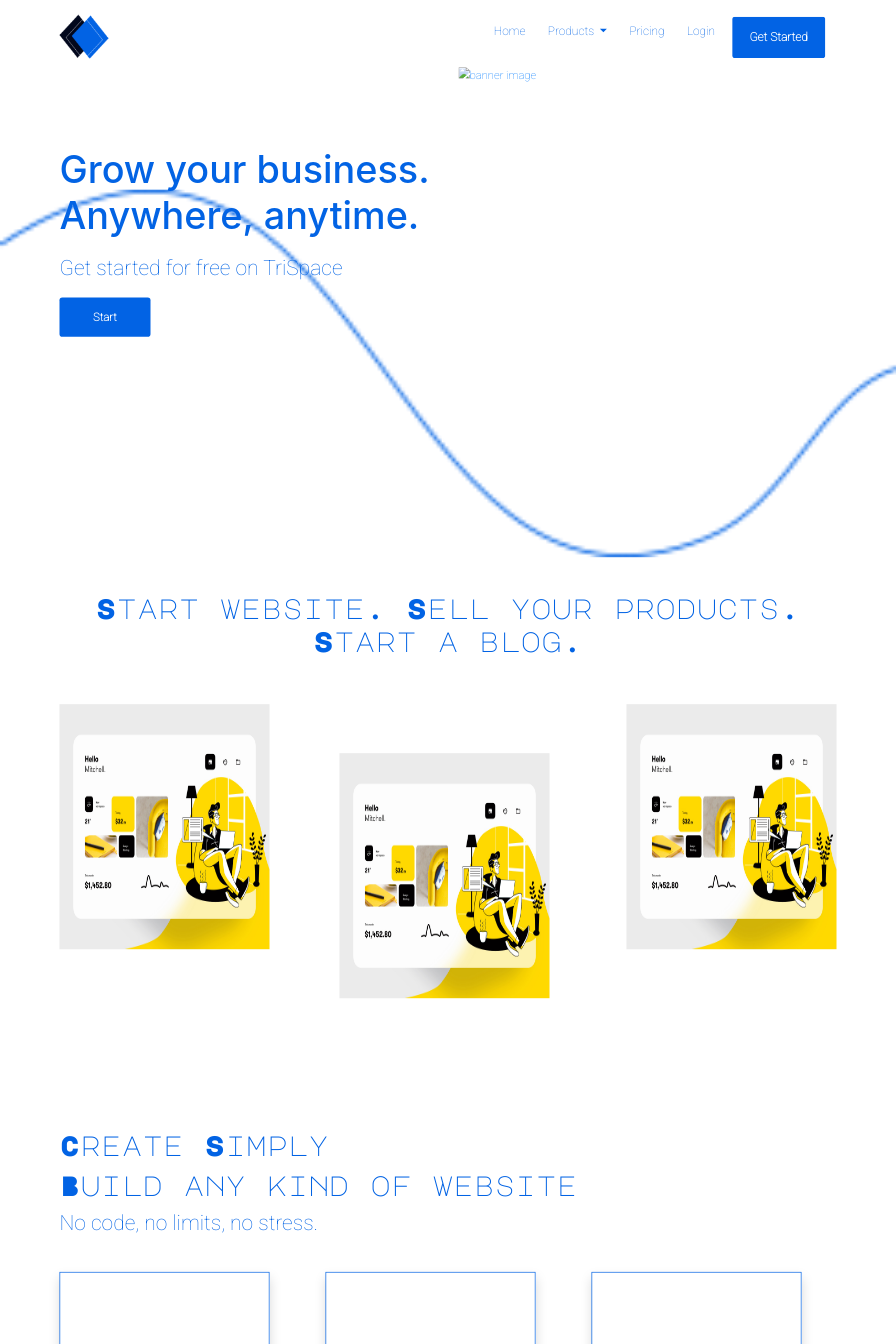
Repository: latenightsnacc/TriSpace
Page: HTML/index.html
The author's editor kept a copy of each file at every save. The page is drawn from the files as they stood at one save, then again after the next save.
The browser window is 1280 px wide. The pictures show the part of the page from y = 0 to 1920 px (the page is 5158 px tall before and 5130 px after), at 70% of full size.
The style sheet was rebuilt from its Sass, Less or Tailwind sources for each picture, by a compiler version that may differ from the author's.

Above is the page before, as saved 2020-11-12 11:27:24.

### HTML/index.html
<!DOCTYPE html>
<html lang="en">
<head>
    <meta charset="UTF-8">
    <meta name="viewport" content="width=device-width, initial-scale=1.0">
    <!--Tailwind CDN-->
    <link rel="stylesheet" href="https://cdnjs.cloudflare.com/ajax/libs/tailwindcss/1.9.6/base.min.css" integrity="sha512-hEjkvMSM0ql6VJcNK0gTmjt9ar8F2yHeBUbJKtyvQhkkbGMhiJ4+MaiB8XxsthLAHJx5vy2I9dN0un8HiWG2LA==" crossorigin="anonymous" />
    <link rel="stylesheet" href="https://cdnjs.cloudflare.com/ajax/libs/tailwindcss/1.9.6/components.min.css" integrity="sha512-TizAONqhvXjEfRPhptSUkZNVU497PzAnXNGNUoeOjeni4dHpJ+ak+ZsyoGna20LH/yg1PvdufN1VbnVQeVDftg==" crossorigin="anonymous" />
    <link rel="stylesheet" href="https://cdnjs.cloudflare.com/ajax/libs/tailwindcss/1.9.6/tailwind.css" integrity="sha512-HY1FOTeAX9idUBWDhVDrBg8QUHBisKVQ4BCVj1jFo5z76mk87w4Rr5YGP8nBkcGmoMzqYvdeXHMOg/olF45z3g==" crossorigin="anonymous" />
    <link rel="stylesheet" href="https://cdnjs.cloudflare.com/ajax/libs/tailwindcss/1.9.6/utilities.min.css" integrity="sha512-0QJfuLKyYJWGB5hKArJW67xqMLDlR8YaLM/ZuW2mRn4NRwHNsGm7UuREc5Fu7jONHyewPKnGODY0N8G+FQbfxg==" crossorigin="anonymous" />
    <!--Bootstrap CDN-->
    <link rel="stylesheet" href="https://cdn.jsdelivr.net/npm/bootstrap@4.5.3/dist/css/bootstrap.min.css" integrity="sha384-TX8t27EcRE3e/ihU7zmQxVncDAy5uIKz4rEkgIXeMed4M0jlfIDPvg6uqKI2xXr2" crossorigin="anonymous">
    <!--Custom Stylesheet-->
    <link rel="stylesheet" href="styles/stylesheet.css">
    <!--Favicon-->
    <link rel="shortcut icon" href="assets/Logo/TriSpaceIcon.png" type="image/x-icon">
    <title>Home</title>
</head>
<body class="mx-auto">
    <!--PreLoader-->
    <div class="loader_bg">
        <div class="loader"></div>
    </div>
    <!--End of PreLoader-->
    <!--Navbar-->
    <nav class="navbar navbar-expand-lg navbar-light fixed-top p-3 mb-5 bg-white rounded" id="navbar">
        <div class="container align-middle">
            <a class="navbar-brand" href="#">
                <img src="assets/Logo/TriSpaceMobileLogo1.png" alt="TriSpace Logo" height="40px" width="70px"/>
            </a>
            <button class="navbar-toggler" type="button" data-toggle="collapse" data-target="#navbarNavDropdown" aria-controls="navbarNavDropdown" aria-expanded="false" aria-label="Toggle navigation">
              <span class="navbar-toggler-icon"></span>
            </button>
            <div class="collapse navbar-collapse" id="navbarNavDropdown">
              <ul class="navbar-nav nav-menu ml-auto align-middle">
                <li class="nav-item active mr-3">
                  <a class="nav-link" href="#">Home</a>
                </li>
                <li class="nav-item dropdown mr-3">
                    <a class="nav-link dropdown-toggle" href="#" id="navbarDropdownMenuLink" role="button" data-toggle="dropdown" aria-haspopup="true" aria-expanded="false">
                      Products
                    </a>
                    <div class="dropdown-menu" aria-labelledby="navbarDropdownMenuLink">
                      <a class="dropdown-item" href="#">Blog</a>
                      <a class="dropdown-item" href="#">Website</a>
                      <a class="dropdown-item" href="#">E-commerce</a>
                      <a class="dropdown-item" href="#">Domain</a>
                      <a class="dropdown-item" href="#">Hosting</a>
                    </div>
                  </li>
                <li class="nav-item mr-3">
                  <a class="nav-link" href="#">Pricing</a>
                </li>
                <li class="nav-item mr-3">
                    <a class="nav-link" href="#">Login</a>
                </li>
                <li class="nav-item mr-3">
                    <a class="nav-link btn blue text-white px-4 py-3 hover:shadow-2xl" href="#">Get Started</a>
                </li>
              </ul>
            </div>
        </div>
    </nav>


    <!-- End of Navbar-->


    <!--Banner-->
    <section class="min-h-screen  mt-5" id="banner">
        <div class="container">
            <div class="row pt-5">
                <!--Banner Text-->
                <div class="col-xs-12 col-s-12 col-md-6 col-lg-6 col-xl-6">
                    <div class="text-box banner-txt">
                        <h1 class="">Grow your business.<br/> Anywhere, anytime.</h1>
                        <h5 class="span-title py-3 text-2l">Get started for free on TriSpace</h5>
                        <button class="blue hover:bg-blue-500 text-white font-bold py-3 px-5 rounded">Start</button>
                    </div>
                </div>
                <!--Banner Image-->
                <div class="col-xs-12 col-s-12 col-md-6 col-lg-6 col-xl-6">
                    <a href="#">
                        <img class="banner-img" src="" alt="banner image"/>
                    </a>
                </div>
            </div>
        </div>
        <!--Wave-->
        <section id="wave" class="wave"></section>
        <section></section>
    </section>

     <!--Services-->
    <section class="min-h-screen mt-5 mb-5" id="services">
        <div class="container">
            <div class="absolute-box">
                <div class="title-box text-center mb-5">
                    <h2 class="section-title pb-5">Start <span class="section-title">website. </span><span class="color">Sell your products.</span><br/><span class="color">Start a blog.</span> </h2>
                </div>
                <div class="images">
                    <div class="img-1 ">
                        <a href="#">
                            <img src="assets/Template-1.jpg" alt="Build a website" />
                        </a>
                    </div>
                    <div class="img-2 motion-reduce:animate-bounce">
                        <a href="#">
                            <img src="assets/Template-1.jpg" alt="Build a website" />
                        </a>
                    </div>
                    <div class="img-3">
                        <a href="#">
                            <img src="assets/Template-1.jpg" alt="Build a website" />
                        </a>
                    </div>
                </div>
            </div>
        </div>
    </section>
    <!--End of Services-->

    <!--Templates-->
    <section class="min-h-screen mt-5 mb-5" id="templates">
        <div class="container">
            <div class="title-box mb-5">
                <h2 class="section-title">Create Simply </h2>
                <h4 class="section-title">Build any kind of website</h4>
                <p class="span-title">No code, no limits, no stress.</p>
            </div>
            <div class="row">
                <div class="col-xs-12 col-s-12 col-md-6 col-lg-4 col-xl-4">
                    <div class="clear-box"></div>
                </div>
                <div class="col-xs-12 col-s-12 col-md-6 col-lg-4 col-xl-4">
                    <div class="clear-box"></div>
                </div>
                <div class="col-xs-12 col-s-12 col-md-6 col-lg-4 col-xl-4">
                    <div class="clear-box"></div>
                </div>
                <div class="col-xs-12 col-s-12 col-md-6 col-lg-4 col-xl-4 mt-5">
                    <div class="clear-box"></div>
                </div>
                <div class="col-xs-12 col-s-12 col-md-6 col-lg-4 col-xl-4 mt-5">
                    <div class="clear-box"></div>
                </div>
                <div class="col-xs-12 col-s-12 col-md-6 col-lg-4 col-xl-4 mt-5">
                    <div class="clear-box"></div>
                </div>
            </div>
        </div>
    </section>
    <!--End of Themes-->

    <!--Themes-->
    <section class="min-h-screen mt-5 mb-5" id="themes">
        <div class="container">
            <div class="title-box">
                <h2 class="section-title">Stand Out <span class="text-4xl span-title">with our responsive professionally designed themes.</h2>
            </div>
            <div class="row">
                <div class="col-xs-12 col-s-12 col-md-6 col-lg-6 col-xl-6">
                    <div id="clr1" class="text-center mt-5">
                    </div>
                </div>
                <div class="col-xs-12 col-s-12 col-md-6 col-lg-6 col-xl-6">
                    <div class="row flex-wrap">
                        <div class="col-xs-12 col-s-12 col-md-12 col-lg-12 col-xl-12">
                            <div id="clr2" class="mt-5">

                            </div>
                        </div>
                        <div class="col-xs-12 col-s-12 col-md-12 col-lg-12 col-xl-12">
                            <div id="clr3">

                            </div>
                        </div>
                    </div>
                </div>
            </div>
        </div>
    </section>
    <!--End of Themes-->

    <section class="min-h-screen mt-5 mb-5" id="services">
        <div class="container">
            <div class="title-box mb-5">
                <h2 class="section-title">We've got you covered.</h2>
                <p>Your website is just the beginning.</p>
            </div>
            <div class="row">
                <div class="col-xs-12 col-s-12 col-md-6 col-lg-6 col-xl-6 bg-blue-500">
                    <div class="clear-box mt-5 mb-5">
                        <h3 class="text-center pt-5">Real support from real people.</h3>
                    </div>
                </div>
                <div class="col-xs-12 col-s-12 col-md-6 col-lg-6 col-xl-6 bg-yellow-500">
                    <div class="clear-box mt-5 mb-5">
                        <h3 class="text-center pt-5">Domain to suit your needs.</h3>
                    </div>
                </div>
                <div class="col-xs-12 col-s-12 col-md-6 col-lg-6 col-xl-6 bg-red-500">
                    <div class="clear-box mt-5 mb-5">
                        <h3 class="text-center pt-5">Plans for everyone</h3>
                    </div>
                </div>
                <div class="col-xs-12 col-s-12 col-md-6 col-lg-6 col-xl-6 bg-blue-300">
                    <div class="clear-box mt-5 mb-5">
                        <h3 class="text-center pt-5">Security Security Security</h3>
                    </div>
                </div>
            </div>
        </div>
    </section>
    <section class="min-h-screen mb-5 " id="pricing">
        <div class="container">
            <div class="title-box mb-5">
                <h2 class="section-title">Start Free </h2>
                <h5> Grow at your own pace.</h5>
            </div>
            <div class="row">
                <div class="col-xs-12 col-s-12 col-md-3 col-lg-3 col-xl-3">
                    <div class="max-w-sm rounded overflow-hidden shadow-lg mb-5 border-2 border-blue-400 price-card">
                        <div class="px-6 py-4">
                          <div class="font-bold text-xl mb-2">Free</div>
                          <p class="text-gray-700 text-base">
                            Lorem ipsum dolor sit amet, consectetur adipisicing elit. Voluptatibus quia, nulla! Maiores et perferendis eaque, exercitationem praesentium nihil.
                          </p>
                        </div>
                        <div class="px-6 pt-4 pb-2">
                          <span class="inline-block bg-gray-200 rounded-full px-3 py-1 text-sm font-semibold text-gray-700 mr-2 mb-2">#photography</span>
                          <span class="inline-block bg-gray-200 rounded-full px-3 py-1 text-sm font-semibold text-gray-700 mr-2 mb-2">#travel</span>
                          <span class="inline-block bg-gray-200 rounded-full px-3 py-1 text-sm font-semibold text-gray-700 mr-2 mb-2">#winter</span>
                        </div>
                      </div>
                </div>
                <div class="col-xs-12 col-s-12 col-md-3 col-lg-3 col-xl-3">
                    <div class="max-w-sm rounded overflow-hidden shadow-md mb-5 border-2 border-blue-400 price-card transition ease-out duration-700 ...">
                        <div class="px-6 py-4">
                          <div class="font-bold text-xl mb-2">The Coldest Sunset</div>
                          <p class="text-gray-700 text-base">
                            Lorem ipsum dolor sit amet, consectetur adipisicing elit. Voluptatibus quia, nulla! Maiores et perferendis eaque, exercitationem praesentium nihil.
                          </p>
                        </div>
                        <div class="px-6 pt-4 pb-2">
                          <span class="inline-block bg-gray-200 rounded-full px-3 py-1 text-sm font-semibold text-gray-700 mr-2 mb-2">#photography</span>
                          <span class="inline-block bg-gray-200 rounded-full px-3 py-1 text-sm font-semibold text-gray-700 mr-2 mb-2">#travel</span>
                          <span class="inline-block bg-gray-200 rounded-full px-3 py-1 text-sm font-semibold text-gray-700 mr-2 mb-2">#winter</span>
                        </div>
                      </div>
                </div>
                <div class="col-xs-12 col-s-12 col-md-3 col-lg-3 col-xl-3">
                    <div class="max-w-sm rounded overflow-hidden shadow-md mb-5 border-2 border-blue-400 price-card" >
                        <div class="px-6 py-4">
                          <div class="font-bold text-xl mb-2">The Coldest Sunset</div>
                          <p class="text-gray-700 text-base">
                            Lorem ipsum dolor sit amet, consectetur adipisicing elit. Voluptatibus quia, nulla! Maiores et perferendis eaque, exercitationem praesentium nihil.
                          </p>
                        </div>
                        <div class="px-6 pt-4 pb-2">
                          <span class="inline-block bg-gray-200 rounded-full px-3 py-1 text-sm font-semibold text-gray-700 mr-2 mb-2">#photography</span>
                          <span class="inline-block bg-gray-200 rounded-full px-3 py-1 text-sm font-semibold text-gray-700 mr-2 mb-2">#travel</span>
                          <span class="inline-block bg-gray-200 rounded-full px-3 py-1 text-sm font-semibold text-gray-700 mr-2 mb-2">#winter</span>
                        </div>
                      </div>
                </div>
                <div class="col-xs-12 col-s-12 col-md-3 col-lg-3 col-xl-3">
                    <div class="max-w-sm rounded overflow-hidden shadow-md price-card">
                        <div class="px-6 py-4">
                          <div class="font-bold text-xl mb-2">The Coldest Sunset</div>
                          <p class="text-gray-700 text-base">
                            Lorem ipsum dolor sit amet, consectetur adipisicing elit. Voluptatibus quia, nulla! Maiores et perferendis eaque, exercitationem praesentium nihil.
                          </p>
                        </div>
                        <div class="px-6 pt-4 pb-2">
                          <span class="inline-block bg-gray-200 rounded-full px-3 py-1 text-sm font-semibold text-gray-700 mr-2 mb-2">#photography</span>
                          <span class="inline-block bg-gray-200 rounded-full px-3 py-1 text-sm font-semibold text-gray-700 mr-2 mb-2">#travel</span>
                          <span class="inline-block bg-gray-200 rounded-full px-3 py-1 text-sm font-semibold text-gray-700 mr-2 mb-2">#winter</span>
                        </div>
                      </div>
                </div>
            </div>
        </div>
    </section>
    <!--SVG BACKGROUND-->
    <svg id="curve" data-name=" Layer 1" xmlns="https://www.w3.org/2000/svg" viewBox= "0 0 1416.99 174.01">
        <defs>
            <style>
                .cls-1{fill: #0263e4;}
            </style>
        </defs>
        <title>Wavy Background</title>
        <path class="cls-1" d="M0,280.8S283.66,59,608.94,163.56s437.93,150.57,808,10.34V309.54H0V280.8Z" transform="translate(0 -135.53)"/>
    </svg>
    <!--End of SVG-->
    <!--Footer-->

        <div class="footer wavy">
            <div class="container">
                <div class="row mx-auto">
                    <div class="col-xs-6 col-s-6 col-md-3 col-lg-3 col-xl-3">
                        <ul class="footer-menu">
                            <li>
                                <a href="#" class="text-white footer-link">Lorem</a>
                            </li>
                            <li>
                                <a href="#" class="text-white footer-link">Lorem</a>
                            </li>
                            <li>
                                <a href="#" class="text-white footer-link">Lorem</a>
                            </li>
                            <li>
                                <a href="#" class="text-white footer-link">Lorem</a>
                            </li>
                        </ul>
                    </div>
                    <div class="col-xs-6 col-s-6 col-md-3 col-lg-3 col-xl-3">
                        <ul class="footer-menu">
                            <li>
                                <a href="#" class="text-white footer-link">Lorem</a>
                            </li>
                            <li>
                                <a href="#" class="text-white footer-link">Lorem</a>
                            </li>
                            <li>
                                <a href="#" class="text-white footer-link">Lorem</a>
                            </li>
                            <li>
                                <a href="#" class="text-white footer-link">Lorem</a>
                            </li>
                        </ul>
                    </div>
                    <div class="col-xs-6 col-s-6 col-md-3 col-lg-3 col-xl-3">
                        <ul class="footer-menu">
                            <li>
                                <a href="#" class="text-white footer-link">Lorem</a>
                            </li>
                            <li>
                                <a href="#" class="text-white footer-link">Lorem</a>
                            </li>
                            <li>
                                <a href="#" class="text-white footer-link">Lorem</a>
                            </li>
                            <li>
                                <a href="#" class="text-white footer-link">Lorem</a>
                            </li>
                        </ul>
                    </div>
                    <div class="col-xs-6 col-s-6 col-md-3 col-lg-3 col-xl-3">
                        <ul class="footer-menu">
                            <li>
                                <a href="#" class="text-white footer-link">Lorem</a>
                            </li>
                            <li>
                                <a href="#" class="text-white footer-link">Lorem</a>
                            </li>
                            <li>
                                <a href="#" class="text-white footer-link">Lorem</a>
                            </li>
                            <li>
                                <a href="#" class="text-white footer-link">Lorem</a>
                            </li>
                        </ul>
                    </div>
                </div>
                <p class="text-center text-white py-3">&copy; TriSpace. Powered by TriSpace</p>
            </div>
        </div>



    <!--Bootstrap Scripts-->
    <script src="https://code.jquery.com/jquery-3.5.1.slim.min.js" integrity="sha384-DfXdz2htPH0lsSSs5nCTpuj/zy4C+OGpamoFVy38MVBnE+IbbVYUew+OrCXaRkfj" crossorigin="anonymous"></script>
    <script src="https://cdn.jsdelivr.net/npm/popper.js@1.16.1/dist/umd/popper.min.js" integrity="sha384-9/reFTGAW83EW2RDu2S0VKaIzap3H66lZH81PoYlFhbGU+6BZp6G7niu735Sk7lN" crossorigin="anonymous"></script>
    <script src="https://cdn.jsdelivr.net/npm/bootstrap@4.5.3/dist/js/bootstrap.min.js" integrity="sha384-w1Q4orYjBQndcko6MimVbzY0tgp4pWB4lZ7lr30WKz0vr/aWKhXdBNmNb5D92v7s" crossorigin="anonymous"></script>
    <script src="js/main.js"></script>
    <script>
        setTimeout(function(){
            $('.loader_bg').fadeToggle();
        }, 2500);
    </script>
</body>
</html>

### HTML/styles/stylesheet.scss
@import'variables';

*{
    box-sizing: border-box;
    margin: 0;
    padding: 0;
    text-decoration: none;
    list-style: none;
    font-family: $font3;
    button {
        outline: none;
    }
    a {
        text-decoration: none;
        &:hover {
            text-decoration: none;
        }
    }

    button {
        font-family: $font3;
    }
}

.navbar-light .navbar-nav .active>.nav-link, .navbar-light .navbar-nav .nav-link.active, .navbar-light .navbar-nav .nav-link.show, .navbar-light .navbar-nav .show>.nav-link, .nav-link, .dropdown-item {
    color: $blue !important;
    font-weight: 500;
    font-size: 17px;

    &:hover {
        text-transform: uppercase;


    }
}
a.btn {
    color: white !important;
    padding: 10px 40px;
    font-weight: bold;
    &:hover {
        text-transform: capitalize;
    }

}
section#banner {
    background: url('/HTML/assets/WaLine.png') ;
    background-size: contain;
    width: 100%;
    height: -200px;
    background-repeat: no-repeat;
    background-position: bottom;
}
.banner-txt {
    h1 {
        font-size: 54px;
        color: $blue;
        font-family: $font;
    }

}
img.banner-img {
    width: 400px;
    height: 500px;
}
.text-box {
    display: flex;
    flex-direction: column;
    height: 100%;
    justify-content: center;
    align-items: flex-start;
}
.section-title, span.color {
    font-size: 40px;
    font-family: $font2;
    color: $blue;

}
.span-title {
    font-family: $font3;
    font-size: 30px;
    color: $blue;
}
.absolute-box {
    position: relative;
    .images {
        position: absolute;
        width: 100%;
        height: 100%;

        img {
            width: 300px;
            height: 350px;
        }

        .img-1 {
            position: absolute;
            top: -30px;
            left: 0px;

        }
        .img-2 {
            position: absolute;
            top: 40px;
            left: 400px;

        }
        .img-3 {
            position: absolute;
            top: -30px;
            right: 0px;

        }
    }
}
#clr1 {
    background-color: $blue;
    width: 100%;
    height: 600px;
    border: 1px solid $blue;
    box-shadow: 0 .5rem 1rem rgba(0,0,0,.15)!important;
}
#clr2 {
    background-color: $yellow;
    width: 100%;
    height: 300px;
    border: 1px solid $yellow;
    margin-bottom: 30px;
    box-shadow: 0 .5rem 1rem rgba(0,0,0,.15)!important;
}
#clr3 {
    background-color: $red;
    width: 100%;
    height: 270px;
    border: 1px solid $red;
    box-shadow: 0 .5rem 1rem rgba(0,0,0,.15)!important;
}
.clear-box {
    width: 300px;
    height: 250px;
    border: 1px solid $blue;
    box-shadow: 0 .5rem 1rem rgba(0,0,0,.15)!important;
}

.price-card {
    border: 1px solid $blue;
    &:hover {
        border: 2px solid $blue;
        transition: all border 1000ms ease-in ;
    }
}

.wavy {
    position: relative;
    background: $blue;
    width: 100%;
    overflow: hidden;

}

#topcurve {
    position: absolute;
    bottom: 0;
    width: 100%;
}

#topcurve path {
    fill: $yellow;
}
.blue {
    background-color: $blue;
    color: $primary;
}
section.wave {
    width: 100%;
    min-height: 200px;
}
.wave {
    position: relative;
    // background: $blue;
    &::before {
        content: '';
        position: absolute;
        bottom: 0;
        left: 0;
        width: 100%;
        height: 100px;

    }

}

Loaded but not shown: HTML/js/main.js (30 lines, source omitted); HTML/styles/_variables.scss (14 lines, source omitted)

After the next save:
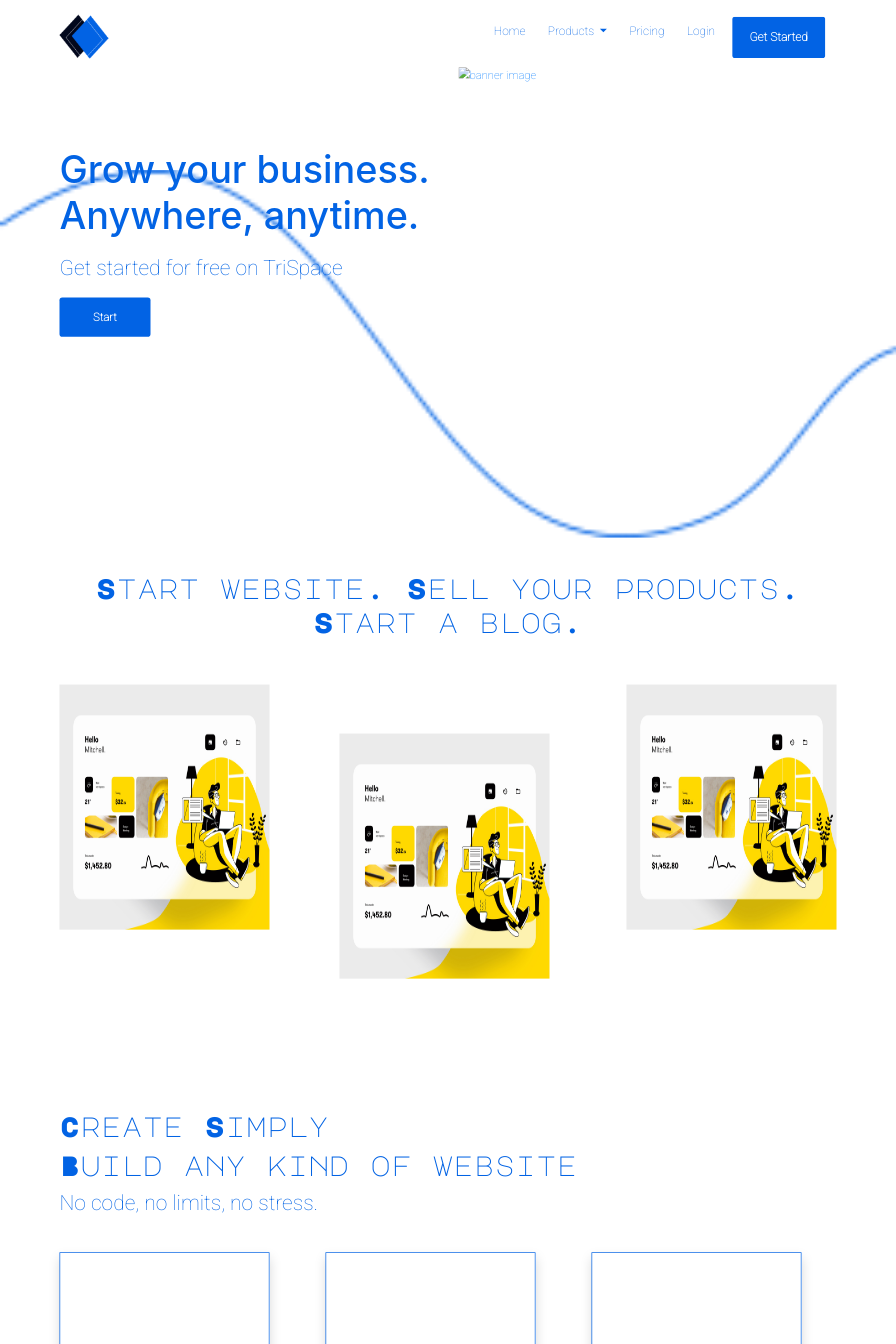
Saved 7 s later.
--- a/HTML/styles/stylesheet.scss
+++ b/HTML/styles/stylesheet.scss
@@ -46,7 +46,7 @@ section#banner {
     background: url('/HTML/assets/WaLine.png') ;
     background-size: contain;
     width: 100%;
-    height: -200px;
+    height: 500px;
     background-repeat: no-repeat;
     background-position: bottom;
 }
